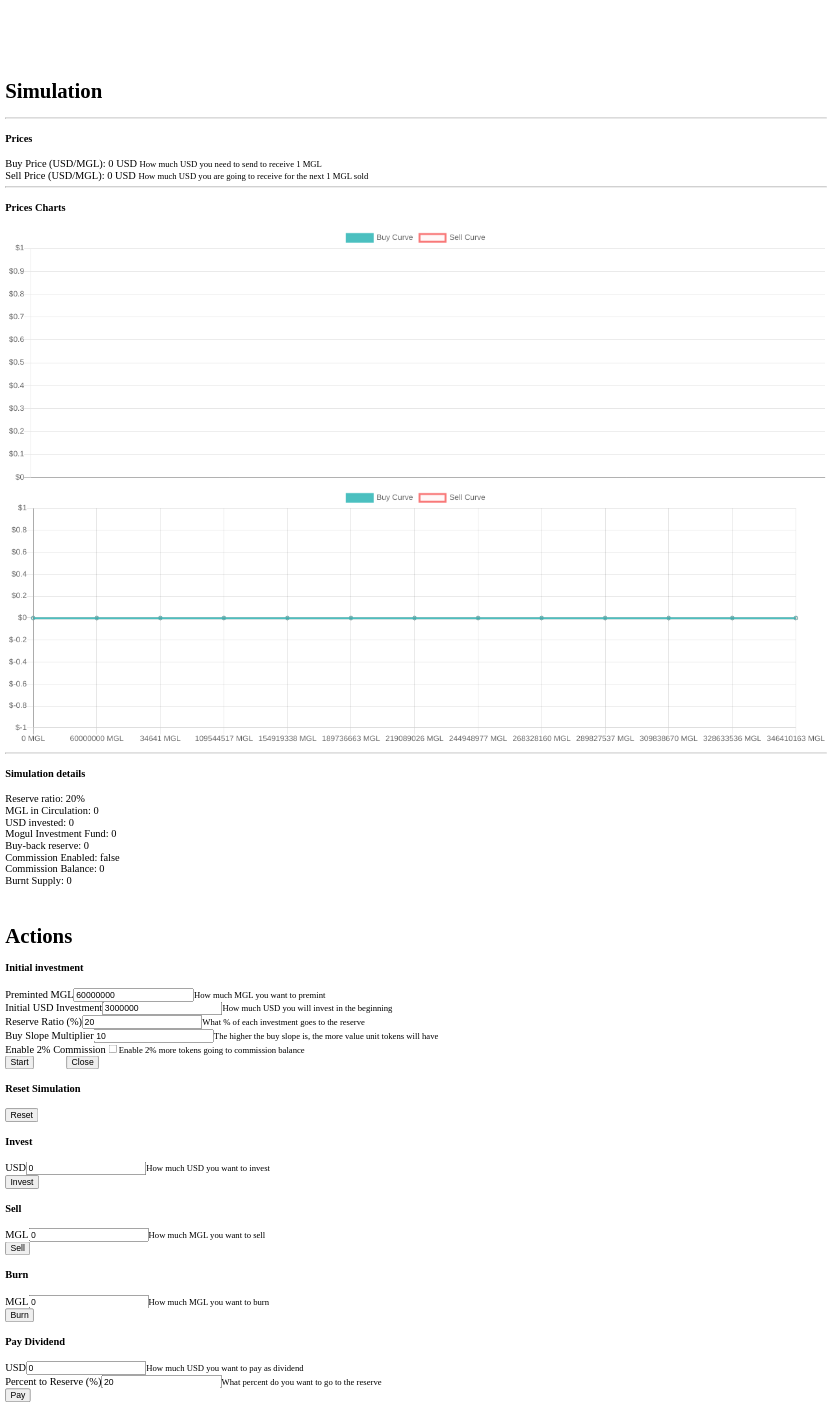
Repository: Fletch153/mogul-simulator
Page: /
These files come from the project's save history. The page is drawn as it stood at one moment and after the next save; the edit follows.
The browser window is 1280 px wide. The pictures show the whole page, at 65% of full size.
The project was rebuilt for these pictures with package versions that can differ from the ones it lists, and the page was loaded fresh each time.

Above is the page before, as saved 2019-11-27 14:53:39.

After the next save:
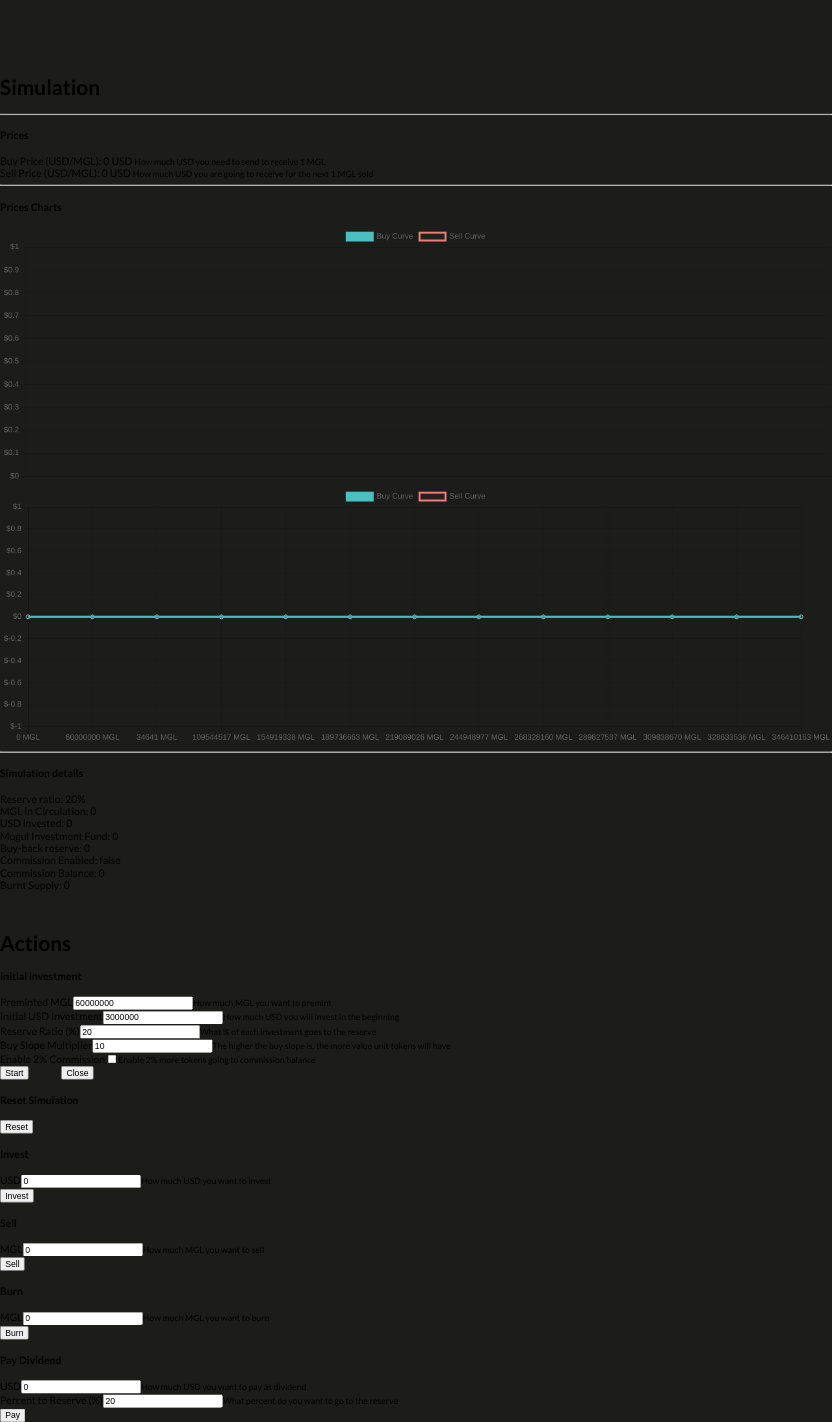
Saved 23 s later.
--- a/src/components/Simulator.vue
+++ b/src/components/Simulator.vue
@@ -742,11 +742,12 @@ export default Vue.extend({
 </script>
 
 <!-- Add "scoped" attribute to limit CSS to this component only -->
-<style scoped lang="scss">
+<style lang="scss">
 @import url('https://fonts.googleapis.com/css?family=Lato:300,400,700,700i&display=swap');
 body {
   font-family: Lato;
   background: #1c1c1b;
+  margin: 0;
 }
 header {
   height: 93px;
